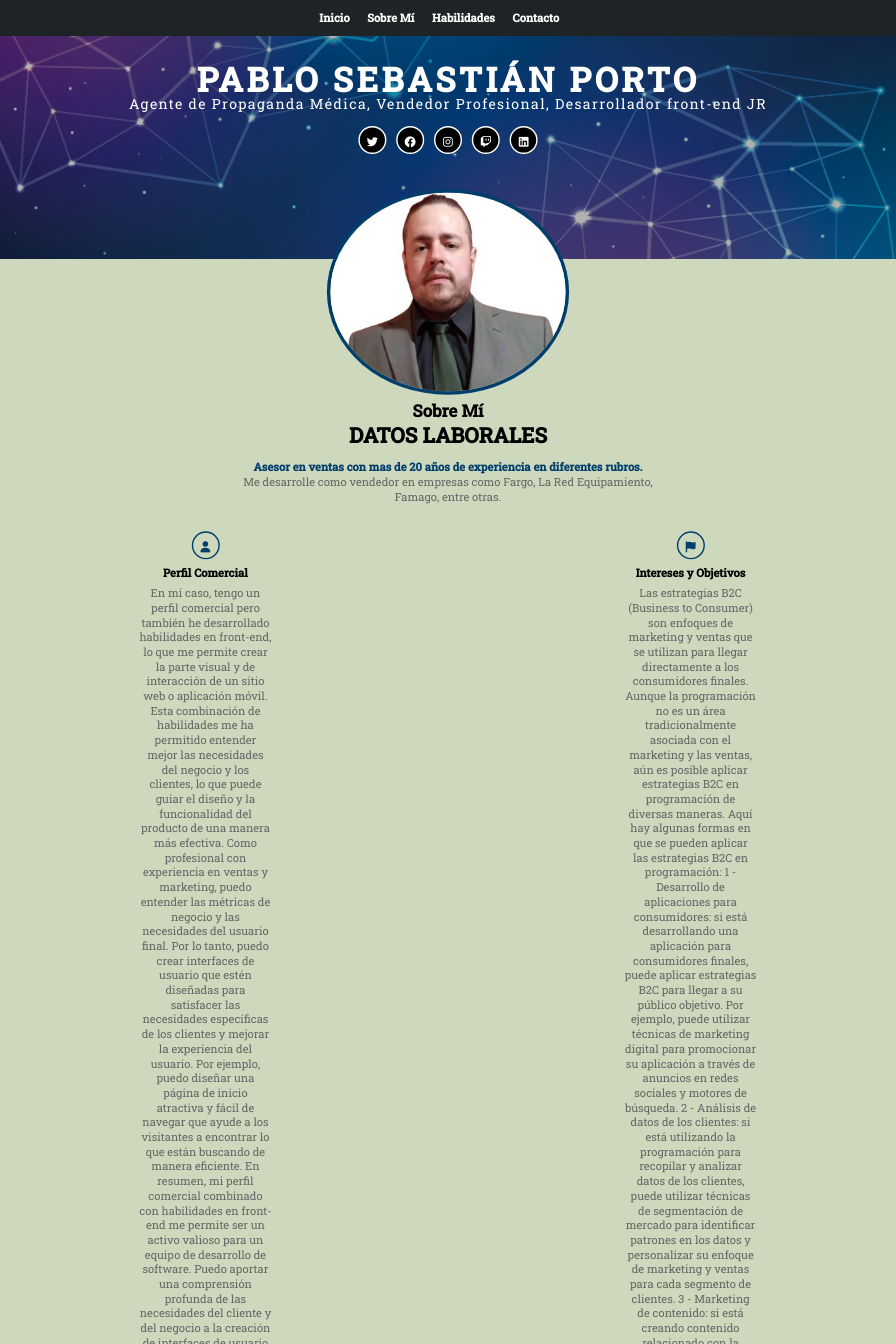
Repository: PabloSebastianPorto/Entrega-CV-1-ARG-PROG
Page: CVFINAL/CVfinal.HTML
These files come from the project's save history. The page is drawn as it stood at one moment and after the next save; the edit follows.
The browser window is 1280 px wide. The pictures show the part of the page from y = 0 to 1920 px (the page is 2947 px tall before and 3004 px after), at 70% of full size.
Some web libraries are served in a nearby version.

Above is the page before, as saved 2023-02-28 11:24:45.

### CVFINAL/CVfinal.HTML
<!DOCTYPE html>
<html lang="es">
  <head>
    <meta charset="UTF-8" />
    <meta http-equiv="X-UA-Compatible" content="IE=edge" />
    <meta name="viewport" content="width=device-width, initial-scale=1.0" />
    <title>Document</title>
    <link
      rel="stylesheet"
      href="https://cdnjs.cloudflare.com/ajax/libs/font-awesome/6.3.0/css/all.min.css"
      integrity="sha512-SzlrxWUlpfuzQ+pcUCosxcglQRNAq/DZjVsC0lE40xsADsfeQoEypE+enwcOiGjk/bSuGGKHEyjSoQ1zVisanQ=="
      crossorigin="anonymous"
      referrerpolicy="no-referrer"
    />
    <link rel="stylesheet" href="CVfinal.css" />
    <title>CV Pablo Sebastián Porto</title>
  </head>
  <body>
    <section class="inicio" id="inicio">
      <div class="contenido-seccion">
        <header>
          <div class="nav-clas"></div>
          <i class="fa-solid fa-bars"></i>
          <nav id="nav" class="nav">
            <a href="#Inicio">Inicio</a>
            <a href="#Sobre Mí">Sobre Mí</a>
            <a href="#Habilidades">Habilidades</a>
            <a href="#Contacto">Contacto</a>
          </nav>
        </header>
        <div class="info">
          <h1>PABLO SEBASTIÁN PORTO</h1>
          <h2>
            Agente de Propaganda Médica, Vendedor Profesional, Desarrollador
            front-end JR
          </h2>
          <div class="redes">
            <a href="#"><i class="fa-brands fa-twitter"></i></a>
            <a href="#"><i class="fa-brands fa-facebook"></i></a>
            <a href="#"><i class="fa-brands fa-instagram"></i></a>
            <a href="#"><i class="fa-brands fa-twitch"></i></a>
            <a href="#"><i class="fa-brands fa-linkedin"></i></a>
          </div>
        </div>
        <div class="foto">
          <img
            src="IMG/CVfoto.jpg"
            alt="Aca va una imagen, pero se la robaron"
          />
        </div>
      </div>
    </section>
    <section class="sobremi" id="sobremi">
      <div class="contenido-seccion">
        <h2 class="titulo-seccion">Sobre Mí</h2>
        <h3>Datos Laborales</h3>
        <p class="especial">
          Asesor en ventas con mas de 20 años de experiencia en diferentes
          rubros.
        </p>
        <p>
          Me desarrolle como vendedor en empresas como Fargo, La Red
          Equipamiento, Famago, entre otras.
        </p>
        <div class="fila">
          <div class="col">
            <i class="fa-solid fa-user"></i>
            <span class="titulo-detalle">Perfil Comercial</span>
            <p>
              En mi caso, tengo un perfil comercial pero también he desarrollado
              habilidades en front-end, lo que me permite crear la parte visual
              y de interacción de un sitio web o aplicación móvil. Esta
              combinación de habilidades me ha permitido entender mejor las
              necesidades del negocio y los clientes, lo que puede guiar el
              diseño y la funcionalidad del producto de una manera más efectiva.
              Como profesional con experiencia en ventas y marketing, puedo
              entender las métricas de negocio y las necesidades del usuario
              final. Por lo tanto, puedo crear interfaces de usuario que estén
              diseñadas para satisfacer las necesidades específicas de los
              clientes y mejorar la experiencia del usuario. Por ejemplo, puedo
              diseñar una página de inicio atractiva y fácil de navegar que
              ayude a los visitantes a encontrar lo que están buscando de manera
              eficiente. En resumen, mi perfil comercial combinado con
              habilidades en front-end me permite ser un activo valioso para un
              equipo de desarrollo de software. Puedo aportar una comprensión
              profunda de las necesidades del cliente y del negocio a la
              creación de interfaces de usuario atractivas y efectivas que
              satisfagan los objetivos comerciales y las necesidades de los
              usuarios finales.
            </p>
          </div>
          <div class="col">
            <i class="fa-solid fa-flag"></i>
            <span class="titulo-detalle">Intereses y Objetivos</span>
            <p>
              Las estrategias B2C (Business to Consumer) son enfoques de
              marketing y ventas que se utilizan para llegar directamente a los
              consumidores finales. Aunque la programación no es un área
              tradicionalmente asociada con el marketing y las ventas, aún es
              posible aplicar estrategias B2C en programación de diversas
              maneras. Aquí hay algunas formas en que se pueden aplicar las
              estrategias B2C en programación: 1 - Desarrollo de aplicaciones
              para consumidores: si está desarrollando una aplicación para
              consumidores finales, puede aplicar estrategias B2C para llegar a
              su público objetivo. Por ejemplo, puede utilizar técnicas de
              marketing digital para promocionar su aplicación a través de
              anuncios en redes sociales y motores de búsqueda. 2 - Análisis de
              datos de los clientes: si está utilizando la programación para
              recopilar y analizar datos de los clientes, puede utilizar
              técnicas de segmentación de mercado para identificar patrones en
              los datos y personalizar su enfoque de marketing y ventas para
              cada segmento de clientes. 3 - Marketing de contenido: si está
              creando contenido relacionado con la programación, puede aplicar
              estrategias B2C para llegar a su audiencia objetivo. Por ejemplo,
              puede utilizar técnicas de SEO para optimizar su contenido para
              los motores de búsqueda y atraer a más consumidores finales. 4 -
              Comunicación directa con los clientes: si está desarrollando
              software o aplicaciones para empresas que luego serán utilizadas
              por consumidores finales, puede aplicar estrategias B2C para
              mejorar la comunicación directa con los clientes. Por ejemplo,
              puede utilizar herramientas de chat en vivo para permitir que los
              clientes se comuniquen directamente con su equipo de soporte
              técnico. En resumen, aunque la programación no está directamente
              relacionada con el marketing y las ventas, aún es posible aplicar
              estrategias B2C en programación para llegar a los consumidores
              finales de diversas maneras.
            </p>
          </div>
        </div>
      </div>
    </section>
  </body>
</html>

### CVFINAL/CVfinal.css
@import url("https://fonts.googleapis.com/css2?family=Roboto+Slab:wght@100;200;300;400;500&display=swap");
* {
  box-sizing: border-box;
  font-family: "Roboto Slab", serif;
  margin: 0;
  padding: 0;
}
html {
  box-sizing: border-box;
  font-family: "Roboto Slab", serif;
  margin: 0;
  padding: 0;
}
html {
  scroll-behavior: smooth;
}
.inicio {
  background: linear-gradient(rgba(0, 0, 0, 0.3), rgba(0, 0, 0, 0.3)),
    url(IMG/imagen-fondo.jpg);
  background-size: cover;
  background-position: center center;
  color: #ffffff;
}
.inicio .contenido-seccion {
  max-width: 1000px;
  margin: auto;
  text-align: center;
  padding: 0 10px;
}
.inicio .contenido-seccion header {
  padding: 30px;
}
.inicio .contenido-seccion header nav {
  background: #1e2326;
  position: fixed;
  width: 100%;
  top: 0;
  left: 0;
  z-index: 99;
  display: flex;
  justify-content: center;
}
.inicio .contenido-seccion header nav a {
  display: block;
  color: #ffffff;
  text-decoration: none;
  margin-bottom: 15px;
  margin-top: 15px;
  margin-right: 25px;
  font-weight: bold;
}
.inicio .contenido-seccion header nav a:hover {
  color: #ced8bc;
  transition: color 0.3s ease;
}
.inicio .contenido-seccion .info {
  padding-bottom: 130px;
}
.inicio .contenido-seccion .info h1 {
  font-size: 3rem;
  letter-spacing: 5px;
}
.inicio .contenido-seccion .info h2 {
  font-weight: normal;
  font-size: 20px;
  margin-top: -10px;
  letter-spacing: 2px;
}
.inicio .contenido-seccion .info .redes {
  margin: 20px 0;
}
.inicio .contenido-seccion .info .redes a {
  display: inline-block;
  text-decoration: none;
  background-color: #000;
  color: #ffffff;
  border: 2px solid #ffffff;
  border-radius: 50%;
  width: 40px;
  height: 40px;
  line-height: 40px;
  margin: 0 5px;
  transition: 0.3s;
}
.inicio .contenido-seccion .info .redes a:hover {
  color: #fff;
  background-color: #003e6c;
  box-shadow: 0 0 20px #fff;
}
.inicio .contenido-seccion .foto {
  position: relative;
}
.inicio .contenido-seccion .foto img {
  max-width: 350px;
  max-height: 350px;
  border-radius: 50%;
  border: 5px solid #003e6c;
  position: absolute;
  left: 50%;
  top: -100px;
  transform: translateX(-50%);
}
.sobremi {
  background-color: #ced8bc;
  padding: 200px 0 200px 0;
  text-align: center;
}
.sobremi .contenido-seccion {
  max-width: 3000px;
  margin: auto;
  padding: 0 10px;
}
.sobremi .contenido-seccion h3 {
  text-transform: uppercase;
  font-size: 30px;
}
.sobremi .contenido-seccion .especial {
  color: #003e6c;
  font-weight: bold;
  margin-top: 15px;
}
.sobremi .contenido-seccion p {
  max-width: 1000px;
  margin: auto;
  color: #666;
  padding-left: 5cm;
  padding-right: 5cm;
}
.sobremi .contenido-seccion .fila {
  display: flex;
  margin-top: 40px;
  justify-content: space-between;
}
.sobremi .contenido-seccion .fila .col {
  width: 45%;
}
.sobremi .contenido-seccion .fila .col i {
  color: #003e6c;
  display: inline-block;
  width: 40px;
  height: 40px;
  border: 2px solid #003e6c;
  line-height: 40px;
  border-radius: 50%;
}
.sobremi .contenido-seccion .fila .col span {
  display: block;
  font-weight: bold;
  margin: 8px 0;
}

After the next save:
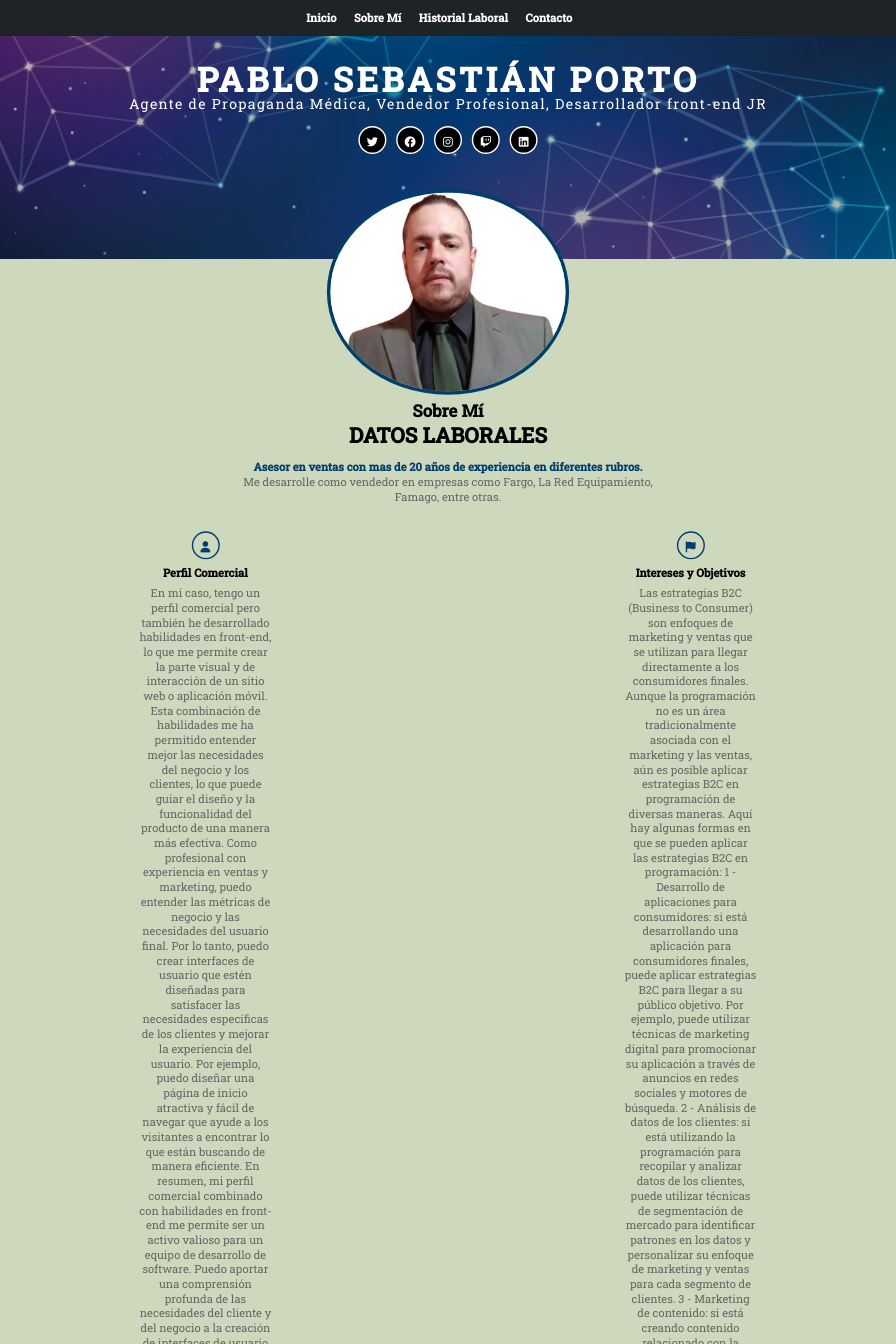
Saved 10 min 55 s later.
--- a/CVFINAL/CVfinal.HTML
+++ b/CVFINAL/CVfinal.HTML
@@ -24,7 +24,7 @@
           <nav id="nav" class="nav">
             <a href="#Inicio">Inicio</a>
             <a href="#Sobre Mí">Sobre Mí</a>
-            <a href="#Habilidades">Habilidades</a>
+            <a href="#Historial">Historial Laboral</a>
             <a href="#Contacto">Contacto</a>
           </nav>
         </header>
@@ -129,5 +129,11 @@
         </div>
       </div>
     </section>
+    <section class="resumen" id="resumen">
+      <div class="contenido-seccion">
+        <h2 class="titulo-seccion">Resumen</h2>
+        <h3>Preparación y Experiencia Laboral</h3>
+      </div>
+    </section>
   </body>
 </html>
